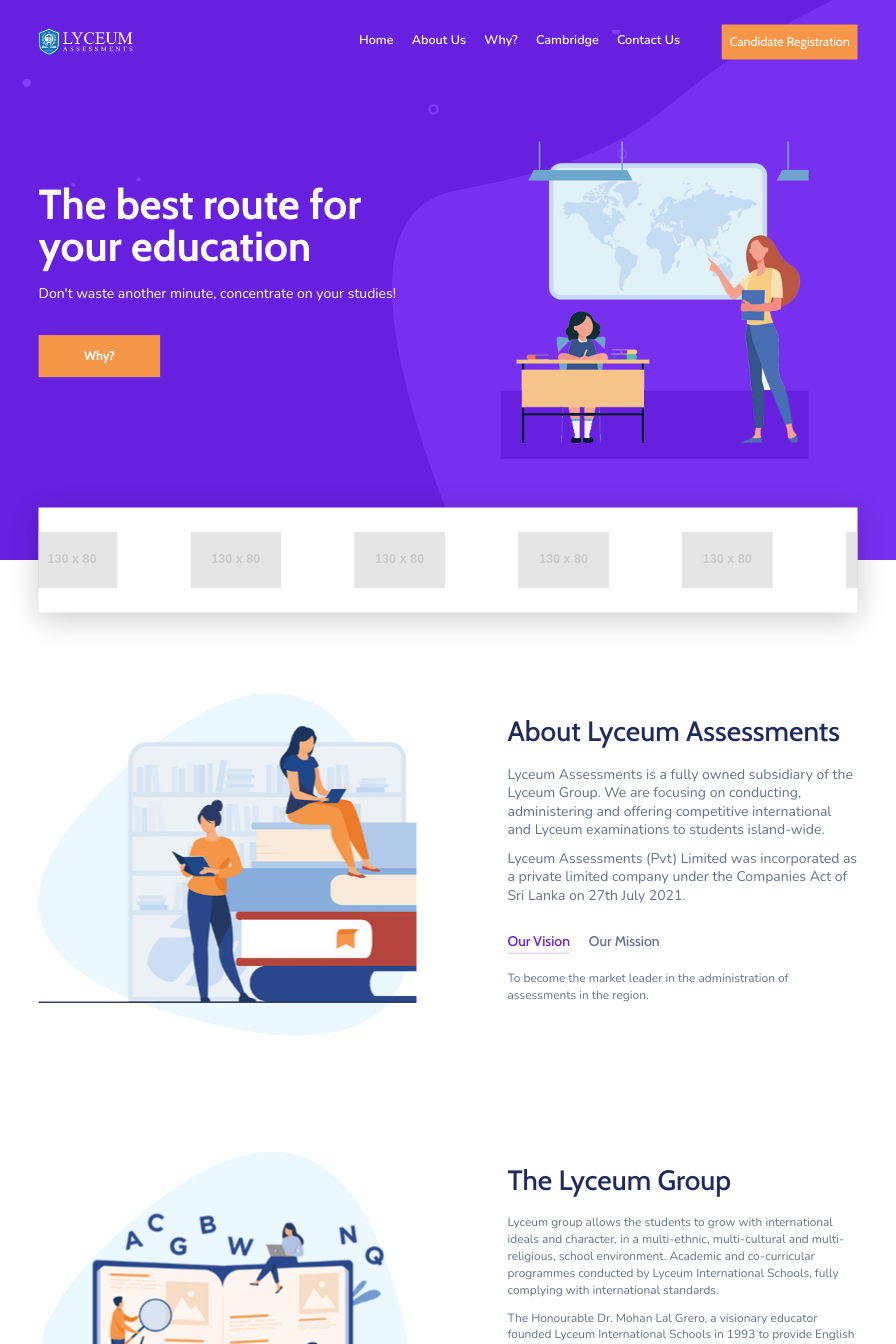
Repository: AXUSLK/LyceumAssessments-HTML
Page: index.html
An editor plug-in stored every save of this project. The page is shown before and after a run of saves, followed by the edit.
The browser window is 1280 px wide. The pictures show the part of the page from y = 0 to 1920 px (the page is 4662 px tall), at 70% of full size.
Backgrounds fixed to the window are drawn as part of the page. Some web libraries are served in a nearby version.

Above is the page before, as saved 2022-01-31 13:27:28.

### index.html
<!DOCTYPE html>
<html lang="en">

<head>
	<!-- set the encoding of your site -->
	<meta charset="utf-8">
	<meta name="viewport" content="width=device-width, initial-scale=1.0">
	<!-- set the page title -->
	<title>Lyceum Assessments is a fully owned subsidiary of the Lyceum Group.</title>
	<!-- inlcude google cabin font cdn link -->
	<link
		href="https://fonts.googleapis.com/css2?family=Cabin:ital,wght@0,400;0,500;0,600;0,700;1,400;1,500;1,600;1,700&display=swap"
		rel="stylesheet">
	<!-- inlcude google nunito font cdn link -->
	<link
		href="https://fonts.googleapis.com/css2?family=Nunito:ital,wght@0,300;0,400;0,600;0,700;1,300;1,400;1,600;1,700&display=swap"
		rel="stylesheet">
	<!-- include the site bootstrap stylesheet -->
	<link rel="stylesheet" href="css/bootstrap.css">
	<!-- include the site stylesheet -->
	<link rel="stylesheet" href="style.css">
	<!-- include theme color setting stylesheet -->
	<link rel="stylesheet" href="css/colors.css">
	<!-- include the site responsive stylesheet -->
	<link rel="stylesheet" href="css/responsive.css">
</head>

<body>
	<!-- pageWrapper -->
	<div id="pageWrapper">
		<div class="phStickyWrap">

			<!-- pageHeader -->
			<header id="pageHeader" class="w-100 headerFixer">
				<div class="container">
					<!-- hdHolder -->
					<div class="hdHolder position-relative pt-2 pb-2 pt-lg-4 pb-lg-4 pt-xl-7 pb-xl-7">
						<div class="row">
							<div class="col-4 col-md-2">
								<!-- logo -->
								<div class="logo mt-1">
									<a href="javascript:void(0);">
										<img src="images/LYA__LOGO.png" class="img-fluid" alt="">
									</a>
								</div>
							</div>
							<div class="col-8 col-md-10 position-static">
								<!-- pageNav -->
								<nav id="pageNav"
									class="navbar navbar-expand-md navbar-dark justify-content-end p-0 align-items-start position-static">
									<!-- pageMainNavCollapse -->
									<div class="collapse navbar-collapse pageMainNavCollapse justify-content-end"
										id="pageMainNavCollapse">
										<!-- mainNavigation -->
										<ul class="navbar-nav mainNavigation fwSemi pt-md-2">
											<li class="nav-item">
												<a class="nav-link" href="#pageWrapper">Home <span
														class="sr-only">(current)</span></a>
											</li>
											<li class="nav-item">
												<a class="nav-link" href="#scrollToAbout">About Us</a>
											</li>
											<li class="nav-item">
												<a class="nav-link" href="#scrollToWhy">Why?</a>
											</li>
											<li class="nav-item">
												<a class="nav-link" href="#scrollToCambridge">Cambridge</a>
											</li>
											<li class="nav-item">
												<a class="nav-link" href="#scrollToContact">Contact Us</a>
											</li>
										</ul>
									</div>
									<!-- hdBtn -->
									<a href="javascript:void(0);"
										class="btn btn-info font-weight-normal text-capitalize hdBtn ml-md-3 ml-md-6 ml-lg-12 position-relative border-0 p-0"
										data-hover="Get Started">
										<span class="d-block btnText">Candidate Registration </span>
									</a>
									<!-- pageNavOpener -->
									<button class="navbar-toggler pageNavOpener ml-3" type="button"
										data-toggle="collapse" data-target="#pageMainNavCollapse"
										aria-controls="pageMainNavCollapse" aria-expanded="false"
										aria-label="Toggle navigation">
										<span class="navbar-toggler-icon"></span>
									</button>
								</nav>
							</div>
						</div>
					</div>
				</div>
			</header>
		</div>

		<main>

			<!-- Header -->
			<section class="introBlock d-flex w-100 position-relative text-white bg-secondary">
				<div class="w-100 d-flex align-items-center">
					<!-- ibHolder -->
					<div class="w-100 position-relative ibHolder py-19 py-md-23 py-xl-29">
						<div class="container">
							<div class="row align-items-center">
								<div class="col-12 col-md-6">
									<div class="captionWrap position-relative">
										<div class="wow fadeInUp" data-wow-delay="0.5s">
											<h1 class="text-white font-weight-bold mb-5"> The best route for your
												education
											</h1>
										</div>
										<div class="wow fadeInUp" data-wow-delay="1s">
											<p>Don't waste another minute, concentrate on your studies!</p>
										</div>
										<div class="wow fadeInUp" data-wow-delay="1.5s">
											<a href="#scrollToWhy"
												class="btn btn-info btnMin align-top mt-6 p-0 border-0 position-relative"
												data-hover="Why Us?">
												<span class="d-block btnText">Why?</span>
											</a>
										</div>
									</div>
								</div>
								<div class="col-12 col-md-6 d-none d-md-block imageWrap wow bounceInRight"
									data-wow-delay="2s">
									<!-- imgHolder -->
									<div class="imgHolder pl-7 pl-xl-12 position-relative">
										<img src="./images/header.png">
									</div>
								</div>
							</div>
						</div>
					</div>
				</div>
				<!-- svgBg -->
				<svg class="svgBg">
					<defs>
						<clipPath id="path01" clipPathUnits="objectBoundingBox">
							<path d="M 1 0 L 0.93 0 C 0.7 0.18 0.77 0.26 0.51 0.34 Q 0.36 0.38 0.52 1 L 1 1 Z"></path>
						</clipPath>
					</defs>
					<rect width="100%" height="100%" style="clip-path: url(#path01);" fill="#7730ef"></rect>
				</svg>
				<!-- ibBgPattern -->
				<span class="position-absolute w-100 h-100 ibBgPattern"
					style="background-image: url(images/bgShapes01.png);"></span>
			</section>

			<!-- Partners -->
			<aside class="sponsorsAside position-relative text-center">
				<div class="container">
					<div class="bg-white mt-n12 mt-md-n15 shadow-lg py-4 py-md-7">
						<!-- logosSlider -->
						<div class="logosSlider">
							<!-- slide -->
							<div>
								<!-- logoWrap -->
								<div class="logoWrap">
									<img src="http://placehold.it/130x80" class="img-fluid" alt="stylus">
								</div>
							</div>
							<!-- slide -->
							<div>
								<!-- logoWrap -->
								<div class="logoWrap">
									<img src="http://placehold.it/130x80" class="img-fluid" alt="drkht">
								</div>
							</div>
							<!-- slide -->
							<div>
								<!-- logoWrap -->
								<div class="logoWrap">
									<img src="http://placehold.it/130x80" class="img-fluid" alt="Brook.">
								</div>
							</div>
							<!-- slide -->
							<div>
								<!-- logoWrap -->
								<div class="logoWrap">
									<img src="http://placehold.it/130x80" class="img-fluid" alt="its alive!">
								</div>
							</div>
							<!-- slide -->
							<div>
								<!-- logoWrap -->
								<div class="logoWrap">
									<img src="http://placehold.it/130x80" class="img-fluid" alt="nowhere among us">
								</div>
							</div>
							<!-- slide -->
							<div>
								<!-- logoWrap -->
								<div class="logoWrap">
									<img src="http://placehold.it/130x80" class="img-fluid" alt="stylus">
								</div>
							</div>
							<!-- slide -->
							<div>
								<!-- logoWrap -->
								<div class="logoWrap">
									<img src="http://placehold.it/130x80" class="img-fluid" alt="drkht">
								</div>
							</div>
							<!-- slide -->
							<div>
								<!-- logoWrap -->
								<div class="logoWrap">
									<img src="http://placehold.it/130x80" class="img-fluid" alt="Brook.">
								</div>
							</div>
							<!-- slide -->
							<div>
								<!-- logoWrap -->
								<div class="logoWrap">
									<img src="http://placehold.it/130x80" class="img-fluid" alt="its alive!">
								</div>
							</div>
						</div>
					</div>
				</div>
			</aside>

			<!-- About -->
			<div id="scrollToAbout" class="mt-md-n12 mt-lg-n14 pt-md-12 pt-lg-14">
				<!-- featureBlock -->
				<section class="featureBlock pt-8 pb-8 pt-md-13 pt-lg-19 pt-xl-23">
					<div class="container">
						<!-- afColumn -->
						<article class="afColumn mb-7 mb-md-11 mb-lg-18">
							<div class="row align-items-center">
								<div class="col-12 col-md-6 wow slideInLeft">
									<!-- imgHolder -->
									<div class="imgHolder position-relative mx-auto mb-4 mb-md-0">
										<img src="./images/about.png" class="img-fluid" alt="image description">
										<!-- bgPattern -->
										<span class="bgPattern position-absolute"
											style="background-image: url(images/bgShapes03.png);"></span>
									</div>
								</div>
								<div class="col-12 col-md-6 wow slideInRight">
									<div class="extraWrap pl-md-7 pl-lg-14">
										<!-- titleWrap -->
										<header class="titleWrap">
											<h3 class="mb-5">About Lyceum Assessments</h3>
											<p>Lyceum Assessments is a fully owned subsidiary of the Lyceum Group. We
												are focusing on
												conducting, administering and offering competitive international and
												Lyceum examinations to
												students island-wide.
											</p>
											<p>
												Lyceum Assessments (Pvt) Limited was incorporated as a private limited
												company under the
												Companies Act of Sri Lanka on 27th July 2021.</p>
										</header>
										<!-- afTabsList -->
										<ul class="nav nav-tabs afTabsList border-0 fontAlter fwMedium mt-8" id="myTab"
											role="tablist">
											<li class="nav-item" role="presentation">
												<a class="nav-link active" id="analytics-tab" data-toggle="tab"
													href="#analytics" role="tab" aria-controls="analytics"
													aria-selected="true">Our Vision</a>
											</li>
											<li class="nav-item" role="presentation">
												<a class="nav-link" id="traffic-tab" data-toggle="tab" href="#traffic"
													role="tab" aria-controls="traffic" aria-selected="false">Our
													Mission</a>
											</li>
										</ul>
										<!-- myTabContent -->
										<div class="tab-content" id="myTabContent">
											<div class="tab-pane fade show active" id="analytics" role="tabpanel"
												aria-labelledby="analytics-tab">
												<div class="mtctWrap overflow-hidden pt-5">
													<p>To become the market leader in the administration of assessments
														in the region.</p>
												</div>
											</div>
											<div class="tab-pane fade" id="traffic" role="tabpanel"
												aria-labelledby="traffic-tab">
												<div class="mtctWrap overflow-hidden pt-5">
													<p>To provide the expertise required to assess learning at different
														levels of education by making
														globally recognized awards and qualifications accessible &
														affordable to all while ensuring
														international quality standards.</p>
												</div>
											</div>
										</div>
									</div>
								</div>
							</div>
						</article>
					</div>
				</section>
			</div>

			<!-- allFeatBlock -->
			<section id="scrollToWhy" class="allFeatBlock pt-7 pb-3 pb-lg-10 pb-xl-14">
				<div class="container">
					<!-- afColumnsWrap -->
					<div class="afColumnsWrap">
						<!-- afColumn -->
						<article class="afColumn mb-7 mb-md-11 mb-lg-18">
							<div class="row align-items-center">
								<div class="col-12 col-md-6 wow slideInLeft">
									<!-- imgHolder -->
									<div class="imgHolder position-relative mx-auto mb-4 mb-md-0">
										<img src="./images/lyceum_group.png" class="img-fluid" alt="image description">
										<!-- bgPattern -->
										<span class="bgPattern position-absolute"
											style="background-image: url(images/bgShapes03.png);"></span>
									</div>
								</div>
								<div class="col-12 col-md-6 wow slideInRight">
									<div class="extraWrap pl-md-7 pl-lg-14">
										<!-- titleWrap -->
										<header class="titleWrap">
											<h3 class="mb-5">The Lyceum Group</h3>
										</header>
										<p>
										<p>Lyceum group allows the students to grow with international ideals and
											character, in a multi-ethnic, multi-cultural and multi-religious, school
											environment. Academic and co-curricular programmes conducted by Lyceum
											International Schools, fully complying with international standards.</p>
										<p>The Honourable Dr. Mohan Lal Grero, a visionary educator founded Lyceum
											International Schools in 1993 to provide English medium education up to
											Grade 12. The school is non-profit organization, which is co-educational and
											committed to the pursuit of excellence in teaching and learning in the
											English medium, which is accessible and affordable to all within the
											socio-cultural environment of Sri Lanka.</p>
										<p>Lyceum Placements and Lyceum Assessments are the latest additions to the
											Lyceum Group</p>
										</p>
									</div>
								</div>
							</div>
						</article>
						<!-- afColumn -->
						<article class="afColumn mb-7 mb-md-11 mb-lg-18">
							<div class="row align-items-center">
								<div class="col-12 col-md-6 wow slideInLeft">
									<!-- imgHolder -->
									<div class="imgHolder position-relative mx-auto mb-4 mb-md-0">
										<img src="./images/cambridge.png" class="img-fluid" alt="image description">
										<!-- bgPattern -->
										<span class="bgPattern position-absolute"
											style="background-image: url(images/bgShapes03.png);"></span>
									</div>
								</div>
								<div class="col-12 col-md-6 wow slideInRight">
									<div class="extraWrap pr-md-7 pr-lg-14">
										<!-- titleWrap -->
										<header class="titleWrap">
											<h3 class="mb-5">Cambridge International Examinations</h3>
											<p>
											<p>Cambridge Assessment International Education prepares school students for
												life, helping them develop an informed curiosity and a lasting passion
												for learning.</p>
											<p>Cambridge international qualifications are recognized by the
												world&rsquo;s best universities and employers, giving students a wide
												range of options in their education and career. As a not-for-profit
												organization, Cambridge devotes their resources to delivering
												high-quality educational programs that can unlock learners' potential.
											</p>
											</p>
										</header>

									</div>
								</div>
							</div>
						</article>
					</div>
				</div>
			</section>

			<!-- tryPetAside -->
			<aside class="tryPetAside text-center text-white py-5 py-lg-8 wow pulse">
				<div class="container">
					<p class="mb-0">Ready to get started? Don't waste another minute! <a href="javascript:void(0);"
							class="btn btnWhite mt-3 mt-md-0 mx-md-4 mx-lg-10 btnMin p-0 border-0 position-relative"
							data-hover="Try it"><span class="d-block btnText">Candidate Registration</span></a></p>
				</div>
			</aside>

			<div id="scrollToCambridge" class="mt-md-n12 mt-lg-n14 pt-md-12 pt-lg-14 wow fadeIn" data-wow-delay="1s">
				<!-- testimonialsBlock -->
				<article
					class="testimonialsBlock bg-light pt-7 pb-5 pt-md-9 pb-md-7 pt-lg-14 pb-lg-12 pt-xl-21 pb-xl-19">
					<div class="container">
						<header class="text-center mb-8">
							<h2 class="h4 font-weight-normal">Candidate
								Registration System</h2>
						</header>
						<div class="row">
							<div class="col-12 col-md-10 offset-md-1">
								<!-- quotesSlider -->
								<div class="quotesSlider">
									<div>
										<!-- clientQuote -->
										<blockquote
											class="clientQuote fontAlter position-relative text-primary pt-25 pt-sm-0 pl-sm-40 pl-xl-50 mb-0">
											<q class="d-block position-relative mb-7 pt-4 pl-12 pl-sm-0">Cambridge
												Assessment International Education Examinations registration for the
												session May/June
												2022 is now live. Please complete your online registration
												process. </q>
											<cite class="d-block pl-12 pl-sm-0">
												<!-- profilePicWrap -->
												<span
													class="profilePicWrap position-absolute overflow-hidden rounded-circle">
													<img src="./images/cambridge_logo.png"
														class="img-fluid w-100 h-100 imgFit rounded-circle"
														alt="Donald Salvor || Global Initiative">
												</span>

											</cite>
										</blockquote>
									</div>
								</div>
							</div>
						</div>
						<div class="row">
							<div class="col-md-2"></div>
							<div class="col-md-8">
								<table class="infoTable">
									<tbody>
										<tr>
											<th width="298">
												<p><strong>Key dates</strong></p>
											</th>
											<th width="234">
												<p><strong>The year 2022</strong></p>
											</th>
										</tr>
										<tr>
											<td width="298">
												<p>Normal Registration Period (Final Entry)</p>
											</td>
											<td width="234">
												<p>02nd February - 14th February</p>
											</td>
										</tr>
										<tr>
											<td width="298">
												<p>Late Penalty Registration Period</p>
											</td>
											<td width="234">
												<p>15th February &ndash; 11th April</p>
											</td>
										</tr>
										<tr>
											<td width="298">
												<p>Very Late Penalty Registration Period</p>
											</td>
											<td width="234">
												<p>12th April onwards</p>
											</td>
										</tr>
										<tr>
											<td width="298">
												<p>Timetabled Exam Period</p>
											</td>
											<td width="234">
												<p>25 April - 10 June</p>
											</td>
										</tr>
									</tbody>
								</table>
							</div>
							<div class="col-md-2"></div>

						</div>

					</div>
				</article>
			</div>

			<!-- getStartedAside -->
			<aside
				class="getStartedAside textMedium position-relative d-flex w-100 bg-info text-center overflow-hidden">
				<div class="d-flex w-100 gsaHolder align-items-center">
					<div class="w-100 py-7">
						<div class="container">
							<div class="row">
								<div
									class="col-12 col-md-10 offset-md-1 col-lg-8 offset-lg-2 col-xl-6 offset-xl-3 wow wobble">
									<!-- <h1 class="h1Medium fontBase font-weight-normal mb-4">Let us help you with your
										design hassles</h1> -->

									<div class="infoTableP">
										<p>&nbsp;</p>
										<p>Lyceum Assessments deadlines for Cambridge International May/June 2022 exams
											session</p>
										<p>&nbsp;</p>
										<p>Candidates are requested to take note of the registration deadline.
											Registration
											is completed once you submit the application and completed the relevant
											payment.
										</p>
										<p>&nbsp;</p>
										<p>Any payments made after the deadline will be treated as late and subjected to
											the
											appropriate extra late fee</p>
									</div>

								</div>
							</div>
						</div>
					</div>
				</div>
				<span class="bgPattern bgPatterni inaccessible position-absolute wow bounceInDown" data-wow-delay="1s">
					<img src="images/bgShapes05.png" class="img-fluid" alt="image description">
				</span>
				<span class="bgPattern bgPatternii inaccessible position-absolute  wow bounceInUp" data-wow-delay="1s">
					<img src="images/bgShapes04.jpg" class="img-fluid" alt="image description">
				</span>
			</aside>

		</main>

		<!-- ftAreaWrap -->
		<div class="ftAreaWrap bg-primary text-gray777fa1 wow fadeIn" data-wow-delay="0.5s">
			<!-- footerAside -->
			<aside id="scrollToContact"
				class="footerAside pt-20 pt-md-10 pt-lg-16 pb-1 pb-md-4 position-relative text-center text-sm-left">
				<div class="container">
					<div class="row">

						<div class="col-md-4 mb-6  position-static">
							<!-- ftLogo -->
							<div class="ftLogo mb-6 mx-auto mx-md-0">
								<a href="javascript:void(0);">
									<img src="images/LYA__LOGO.png" class="img-fluid" alt="">
								</a>
							</div>
							<!-- ftAddress -->
							<address class="ftAddress text-center text-md-left mb-6 mt-6 mt-md-0">3/1, Raymond Road,
								Nugegoda, Sri Lanka</address>

						</div>

						<div class="col-md-4">
							<address class="ftAddress text-center text-md-left mb-6 mt-6 mt-md-0">
								info_assessments@lyceum.lk</address>

							<!-- socialNetworks -->
							<ul
								class="list-unstyled socialNetworks ftSocialNetworks d-flex justify-content-center justify-content-md-start mx-n1">
								<li>
									<a href="javascript:void(0);">
										<i class="fab fa-facebook-square"><span class="sr-only">facebook</span></i>
									</a>
								</li>
								<li>
									<a href="javascript:void(0);">
										<i class="fab fa-twitter"><span class="sr-only">twitter</span></i>
									</a>
								</li>
								<li>
									<a href="javascript:void(0);">
										<i class="fab fa-instagram"><span class="sr-only">instagram</span></i>
									</a>
								</li>
							</ul>
						</div>

						<div class="col-md-4">
							<h3 class="h6 text-white mb-4">Why Us?</h3>
							<!-- ftScribeForm -->
							<form action="#" class="ftScribeForm">
								<strong class="d-block font-weight-normal mb-6">As leaders in education in Sri Lanka the
									Lyceum Group is committed to creating sustainable quality
									internationally recognized education opportunities</strong>

							</form>
						</div>

					</div>
				</div>
			</aside>
			<!-- pageFooter -->
			<footer id="pageFooter" class="text-center fontAlter">
				<div class="container">
					<!-- pfHolder -->
					<div class="pfHolder pt-7 pb-5">
						<p>Copyright © 2022 Lyceum Assessments All Rights
							Reserved. Concept Designed and Developed by
							<a target="_blank" href="https://zuse.lk/">ZUSE Technologies.</a>
						</p>
					</div>
				</div>
			</footer>
		</div>

	</div>
	<!-- include jQuery library -->
	<script src="js/jquery-3.4.1.min.js"></script>
	<!-- include bootstrap popper JavaScript -->
	<script src="js/popper.min.js"></script>
	<!-- include bootstrap JavaScript -->
	<script src="js/bootstrap.min.js"></script>
	<!-- include custom JavaScript -->
	<script src="js/jqueryCustom.js"></script>
	<!-- include fontAwesome -->
	<script src="https://kit.fontawesome.com/391f644c42.js"></script>
</body>

</html>

Loaded but not shown: css/bootstrap.css (library); js/jquery-3.4.1.min.js (library); js/popper.min.js (library); js/bootstrap.min.js (library); js/jqueryCustom.js (771 lines, source omitted); style.css (4752 lines, source omitted); css/responsive.css (209 lines, source omitted); css/colors.css (21 lines, source omitted)

After the next 2 saves:
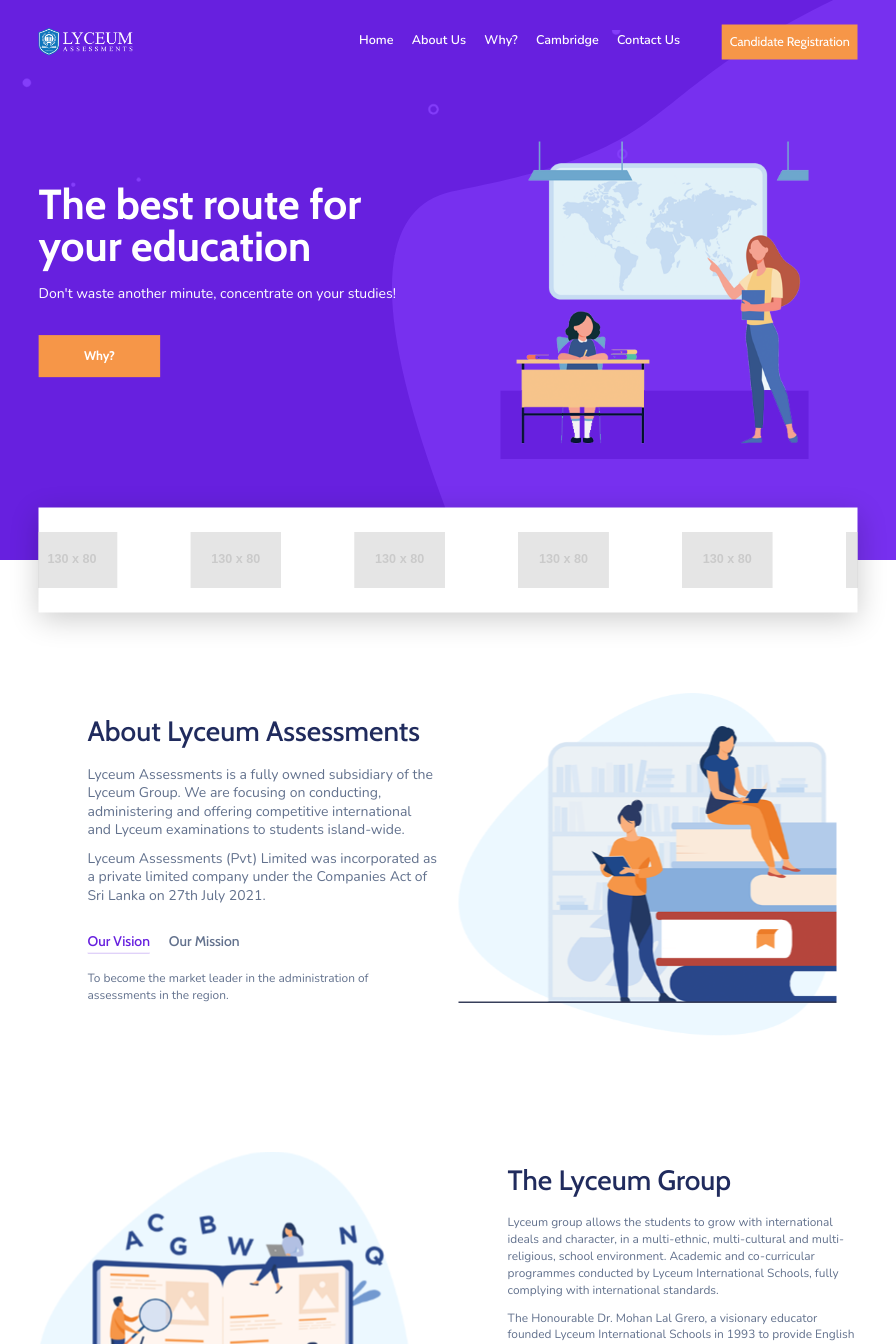
The 2 saves are shown as one change because they came seconds apart.
The last was saved 12 s later.
--- a/index.html
+++ b/index.html
@@ -227,15 +227,7 @@
 						<!-- afColumn -->
 						<article class="afColumn mb-7 mb-md-11 mb-lg-18">
 							<div class="row align-items-center">
-								<div class="col-12 col-md-6 wow slideInLeft">
-									<!-- imgHolder -->
-									<div class="imgHolder position-relative mx-auto mb-4 mb-md-0">
-										<img src="./images/about.png" class="img-fluid" alt="image description">
-										<!-- bgPattern -->
-										<span class="bgPattern position-absolute"
-											style="background-image: url(images/bgShapes03.png);"></span>
-									</div>
-								</div>
+
 								<div class="col-12 col-md-6 wow slideInRight">
 									<div class="extraWrap pl-md-7 pl-lg-14">
 										<!-- titleWrap -->
@@ -288,6 +280,16 @@
 										</div>
 									</div>
 								</div>
+
+								<div class="col-12 col-md-6 wow slideInLeft">
+									<!-- imgHolder -->
+									<div class="imgHolder position-relative mx-auto mb-4 mb-md-0">
+										<img src="./images/about.png" class="img-fluid" alt="image description">
+										<!-- bgPattern -->
+										<span class="bgPattern position-absolute"
+											style="background-image: url(images/bgShapes03.png);"></span>
+									</div>
+								</div>
 							</div>
 						</article>
 					</div>
